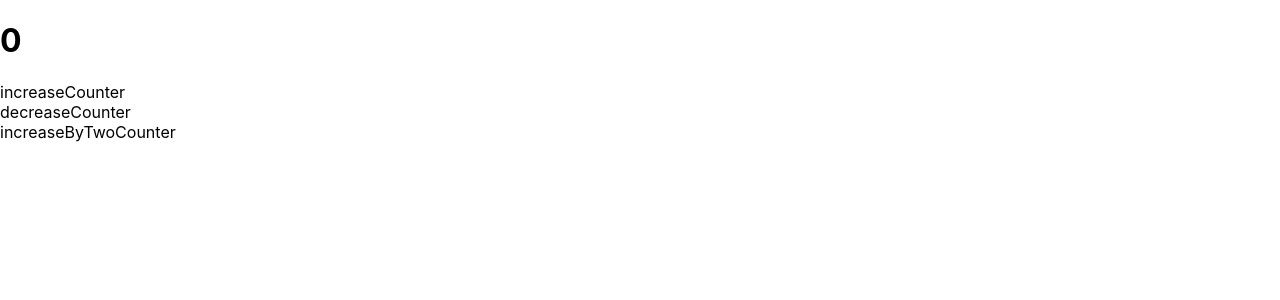
Repository: mfd10/redux-intro
Page: /
The author's editor kept a copy of each file at every save. The page is drawn from the files as they stood at one save, then again after the next save.
The browser window is 1280 px wide. The pictures show the whole page.
The project was rebuilt for these pictures with package versions that can differ from the ones it lists, and the page was loaded fresh each time. Also part of the build but not shown: src/App.css.

Above is the page before, as saved 2022-07-17 01:39:33.

### src/index.js
import React from 'react';
import ReactDOM from 'react-dom/client';
import './index.css';
import App from './App';
import reportWebVitals from './reportWebVitals';
import configureStore from './redux/reducers/configureStore';
import { Provider } from 'react-redux';


const store = configureStore();

const root = ReactDOM.createRoot(document.getElementById('root'));
root.render(
  <React.StrictMode>
  <Provider store={store}>
  <App />
  </Provider>

  </React.StrictMode>
);

// If you want to start measuring performance in your app, pass a function
// to log results (for example: reportWebVitals(console.log))
// or send to an analytics endpoint. Learn more: https://bit.ly/CRA-vitals
reportWebVitals();

### src/App.js
import logo from './logo.svg';
import './App.css';
import IncreseByTwoCounter from "./components/increaseByTwoCounter"
import IncreaseCounter from "./components/increaseCounter"
import DecreaseCounter from "./components/decreaseCounter"
import Counter from "./components/Counter"


function App() {
  return (
    <div >
    <Counter></Counter>
    <IncreaseCounter></IncreaseCounter>
    <DecreaseCounter></DecreaseCounter>
    <IncreseByTwoCounter></IncreseByTwoCounter>
    </div>
  );
}

export default App;

### src/redux/reducers/configureStore.js
import { createStore } from 'redux';
import reducers from '.';

export default function configureStore() {
    return createStore(reducers)
}

### src/components/increaseByTwoCounter.js
import React, { Component } from 'react'

export default class increaseByTwoCounter extends Component {
  render() {
    return (
      <div>increaseByTwoCounter</div>
    )
  }
}

### src/components/increaseCounter.js
import React, { Component } from 'react'

export default class increaseCounter extends Component {
  render() {
    return (
      <div>increaseCounter</div>
    )
  }
}

### src/components/decreaseCounter.js
import React, { Component } from 'react'

export default class decreaseCounter extends Component {
  render() {
    return (
      <div>decreaseCounter</div>
    )
  }
}

### src/components/Counter.js
import React, { Component } from 'react'
import { connect } from 'react-redux'

 class Counter extends Component {
  render() {
    return (
      <div>
          <h1>{this.props.counter}</h1>
      </div>
    )
  }
}

function mapStateToProps (state){
    return {counter:state.counterReducer}
}

export default connect(mapStateToProps)(Counter);

### src/redux/reducers/index.js
import { combineReducers } from "redux";
import counterReducer from "./counterReducers";

const reducers = combineReducers({
  counterReducer,
});


export default reducers;

### src/redux/reducers/counterReducers.js
import * as actionTypes from "../actions/actionTypes";

const counterReducer = (state = 0, action) => {
  let newState;
  switch (action.type) {
    case actionTypes.INCREASE_COUNTER:
      return (newState = state + action.payload);
    case actionTypes.DECREASE_COUNTER:
      return (newState = state - action.payload);
    case actionTypes.INCREASE_BY_TWO_COUNTER:
        return (newState = state + action.payload);
    default:
        return state;
  }
};


export default counterReducer;

### src/redux/actions/actionTypes.js
export const INCREASE_COUNTER="INCREASE_COUNTER"
export const DECREASE_COUNTER="DECREASE_COUNTER"
export const INCREASE_BY_TWO_COUNTER="INCREASE_BY_TWO_COUNTER"

### src/components/IncreaseByTwoCounter.js
import React, { Component } from 'react'
import {bindActionCreators} from 'redux'
import {increaseByTwoCounter} from '../redux/actions/counterActions'
import {connect} from 'react-redux'
 class IncreaseByTwoCounter extends Component {
  render() {
    return (
      <div>
        <button onClick={e=>{
          this.props.dispatch(increaseByTwoCounter())
        }}>
          increase 2
        </button>
      </div>
    )
  }
}



function mapDispatchToProps(dispatch) {
  return {actions:bindActionCreators(increaseByTwoCounter,dispatch)}
}

export default connect(mapDispatchToProps)(IncreaseByTwoCounter);

### src/components/IncreaseCounter.js
import React, { Component } from 'react'
import { connect } from 'react-redux'
import { bindActionCreators } from 'redux'
import {increaseCounter} from '../redux/actions/counterActions'

 class IncreaseCounter extends Component {
  render() {
    return (
      <div>
          <button onClick={e=>{
            this.props.dispatch(increaseCounter())
          }}>increase 1 </button>
      </div>
    )
  }
}


function mapDispatchToProps(dispatch){
  return {actions:bindActionCreators(increaseCounter,dispatch)}
}


export default connect(mapDispatchToProps)(IncreaseCounter);

### src/components/DecreaseCounter.js
import React, { Component } from 'react'
import { connect } from 'react-redux'
import { decreaseCounter } from '../redux/actions/counterActions'
import {bindActionCreators} from 'redux'

class DecreaseCounter extends Component {
  render() {
    return (
      <div>
        <button onClick={e=> {
          this.props.dispatch(decreaseCounter())
        }}>
            decrease 1
        </button>
      </div>
    )
  }
}


function mapDispatchToProps(dispatch) {

  return {actions:bindActionCreators(decreaseCounter,dispatch)}
}

export default connect(mapDispatchToProps)(DecreaseCounter);

### src/redux/actions/counterActions.js
import * as actionTypes from './actionTypes'

export const increaseCounter =() =>({
    type:actionTypes.INCREASE_COUNTER,
    payload:1
})

export const decreaseCounter =() =>({
    type:actionTypes.DECREASE_COUNTER,
    payload:1
})

export const increaseByTwoCounter =() =>({
    type:actionTypes.INCREASE_BY_TWO_COUNTER,
    payload:2
})

Loaded but not shown: public/index.html (common file); src/index.css (common file); src/reportWebVitals.js (common file)

After the next save:
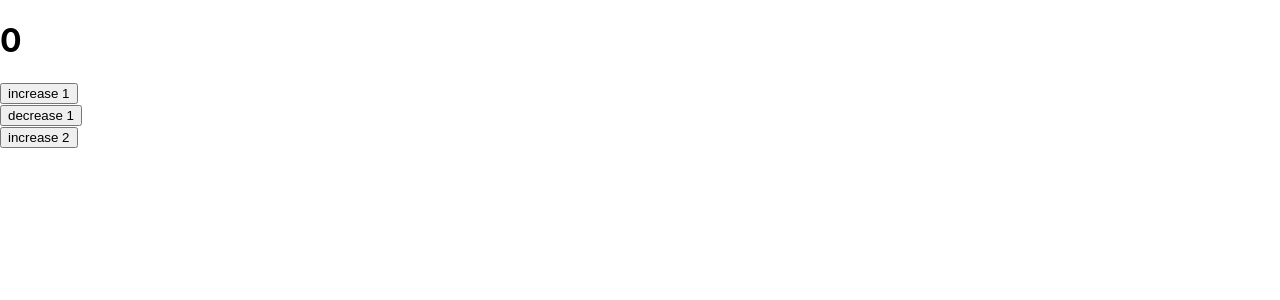
Saved 8 min 23 s later.
--- a/src/App.js
+++ b/src/App.js
@@ -1,8 +1,7 @@
-import logo from './logo.svg';
 import './App.css';
-import IncreseByTwoCounter from "./components/increaseByTwoCounter"
-import IncreaseCounter from "./components/increaseCounter"
-import DecreaseCounter from "./components/decreaseCounter"
+import IncreseByTwoCounter from "./components/IncreaseByTwoCounter"
+import IncreaseCounter from "./components/IncreaseCounter"
+import DecreaseCounter from "./components/DecreaseCounter"
 import Counter from "./components/Counter"
 
 
--- a/src/components/increaseByTwoCounter.js
+++ b/src/components/increaseByTwoCounter.js
@@ -1,6 +1,6 @@
 import React, { Component } from 'react'
 
-export default class increaseByTwoCounter extends Component {
+export default class IncreaseByTwoCounter extends Component {
   render() {
     return (
       <div>increaseByTwoCounter</div>
--- a/src/components/increaseCounter.js
+++ b/src/components/increaseCounter.js
@@ -1,9 +1,24 @@
-import React, { Component } from 'react'
+import React, { Component,Button } from 'react'
+import { connect } from 'react-redux'
+import { bindActionCreators } from 'redux'
+import {increaseCounter} from '../redux/actions/counterActions'
 
-export default class increaseCounter extends Component {
+ class IncreaseCounter extends Component {
   render() {
     return (
-      <div>increaseCounter</div>
+      <div>
+          <Button onClick={e=>{
+            this.props.dispatch(increaseCounter)
+          }}></Button>
+      </div>
     )
   }
 }
+
+
+function mapDispatchToProps(dispatch){
+  return {actions:bindActionCreators(increaseCounter,dispatch)}
+}
+
+
+export default connect(mapDispatchToProps)(increaseCounter);
--- a/src/components/decreaseCounter.js
+++ b/src/components/decreaseCounter.js
@@ -1,6 +1,6 @@
 import React, { Component } from 'react'
 
-export default class decreaseCounter extends Component {
+export default class DecreaseCounter extends Component {
   render() {
     return (
       <div>decreaseCounter</div>
